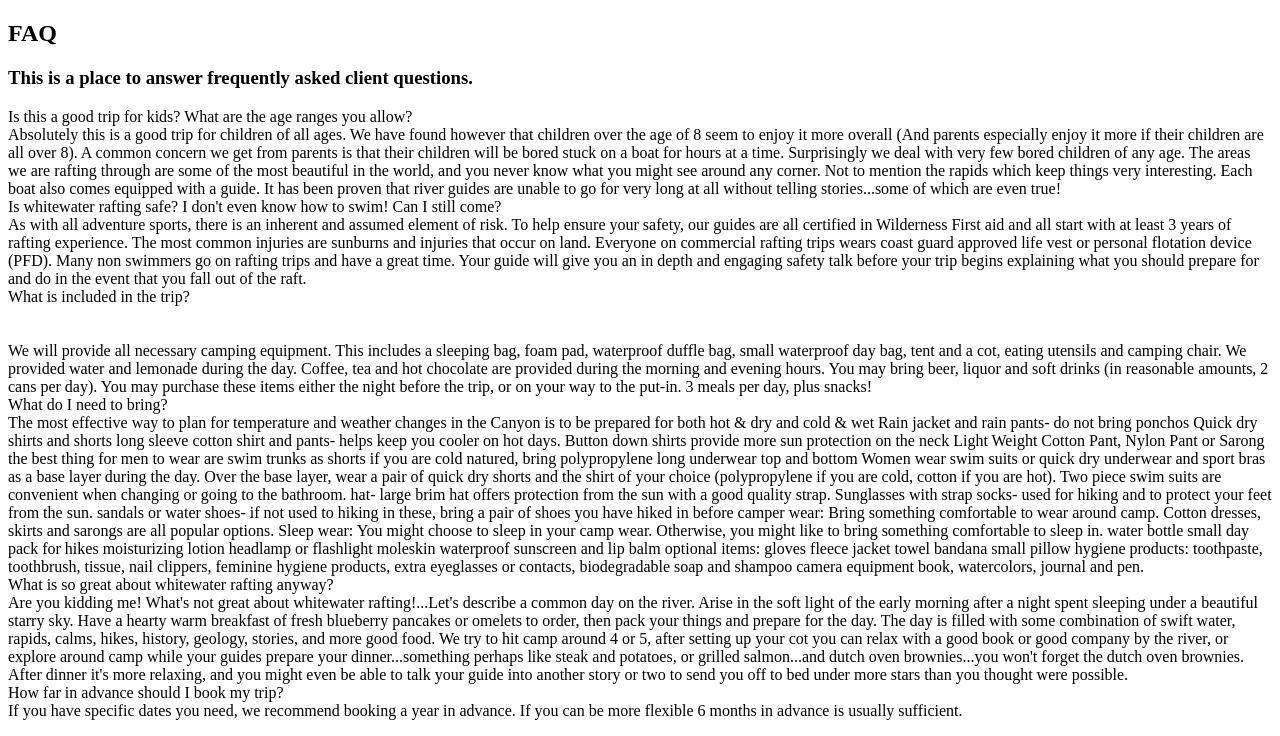
Repository: nak97/WDD-130
Page: wrr/faq.html
An editor plug-in stored every save of this project. The page is shown before and after the next save, followed by the edit.
The browser window is 1280 px wide. The pictures show the whole page.

Above is the page before, as saved 2023-03-08 09:53:35.

### wrr/faq.html
<!DOCTYPE html>

<html>
  <head>
    <meta charset="utf-8">
    <meta http-equiv="X-UA-Compatible" content="IE=edge">
    <title>FAQ</title>
    <meta name="description" content="">
    <meta name="viewport" content="width=device-width, initial-scale=1">
    <link rel="stylesheet" href="./styles/faq.css">
  </head>
  <body>
<h2>
  FAQ
</h2>
<h3> This is a place to answer frequently asked client questions.</h3>


<p>

Is this a good trip for kids? What are the age ranges you allow? <br>



Absolutely this is a good trip for children of all ages. We have found however that children over the age of 8 seem to enjoy it more overall (And parents especially enjoy it more if their children are all over 8). A common concern we get from parents is that their children will be bored stuck on a boat for hours at a time. Surprisingly we deal with very few bored children of any age. The areas we are rafting through are some of the most beautiful in the world, and you never know what you might see around any corner. Not to mention the rapids which keep things very interesting. Each boat also comes equipped with a guide. It has been proven that river guides are unable to go for very long at all without telling stories...some of which are even true! <br>

Is whitewater rafting safe? I don't even know how to swim! Can I still come? <br>
As with all adventure sports, there is an inherent and assumed element of risk. To help ensure your safety, our guides are all certified in Wilderness First aid and all start with at least 3 years of rafting experience. The most common injuries are sunburns and injuries that occur on land.
Everyone on commercial rafting trips wears coast guard approved life vest or personal flotation device (PFD). Many non swimmers go on rafting trips and have a great time. Your guide will give you an in depth and engaging safety talk before your trip begins explaining what you should prepare for and do in the event that you fall out of the raft. <br>

What is included in the trip?  <br><br><br>
We will provide all necessary camping equipment. This includes a sleeping bag, foam pad, waterproof duffle bag, small waterproof day bag, tent and a cot, eating utensils and camping chair.
We provided water and lemonade during the day. Coffee, tea and hot chocolate are provided during the morning and evening hours. You may bring beer, liquor and soft drinks (in reasonable amounts, 2 cans per day). You may purchase these items either the night before the trip, or on your way to the put-in. 3 meals per day, plus snacks! <br>
What do I need to bring? <br>
The most effective way to plan for temperature and weather changes in the Canyon is to be prepared for both hot & dry and cold & wet Rain jacket and rain pants- do not bring ponchos Quick dry shirts and shorts long sleeve cotton shirt and pants- helps keep you cooler on hot days. Button down shirts provide more sun protection on the neck Light Weight Cotton Pant, Nylon Pant or Sarong the best thing for men to wear are swim trunks as shorts if you are cold natured, bring polypropylene long underwear top and bottom Women wear swim suits or quick dry underwear and sport bras as a base layer during the day. Over the base layer, wear a pair of quick dry shorts and the shirt of your choice (polypropylene if you are cold, cotton if you are hot). Two piece swim suits are convenient when changing or going to the bathroom. hat- large brim hat offers protection from the sun with a good quality strap. Sunglasses with strap socks- used for hiking and to protect your feet from the sun. sandals or water shoes- if not used to hiking in these, bring a pair of shoes you have hiked in before camper wear: Bring something comfortable to wear around camp. Cotton dresses, skirts and sarongs are all popular options. Sleep wear: You might choose to sleep in your camp wear. Otherwise, you might like to bring something comfortable to sleep in. water bottle small day pack for hikes moisturizing lotion headlamp or flashlight moleskin waterproof sunscreen and lip balm optional items: gloves fleece jacket towel bandana small pillow hygiene products: toothpaste, toothbrush, tissue, nail clippers, feminine hygiene products, extra eyeglasses or contacts, biodegradable soap and shampoo camera equipment book, watercolors, journal and pen. <br>
What is so great about whitewater rafting anyway? <br>
Are you kidding me! What's not great about whitewater rafting!...Let's describe a common day on the river.
Arise in the soft light of the early morning after a night spent sleeping under a beautiful starry sky. Have a hearty warm breakfast of fresh blueberry pancakes or omelets to order, then pack your things and prepare for the day. The day is filled with some combination of swift water, rapids, calms, hikes, history, geology, stories, and more good food. We try to hit camp around 4 or 5, after setting up your cot you can relax with a good book or good company by the river, or explore around camp while your guides prepare your dinner...something perhaps like steak and potatoes, or grilled salmon...and dutch oven brownies...you won't forget the dutch oven brownies. After dinner it's more relaxing, and you might even be able to talk your guide into another story or two to send you off to bed under more stars than you thought were possible. <br>
How far in advance should I book my trip? <br>
If you have specific dates you need, we recommend booking a year in advance. If you can be more flexible 6 months in advance is usually sufficient.
</p>






  </body>
</html>

Loaded but not shown: wrr/styles/faq.css (no stored copy; drawn as an empty file)

After the next save:
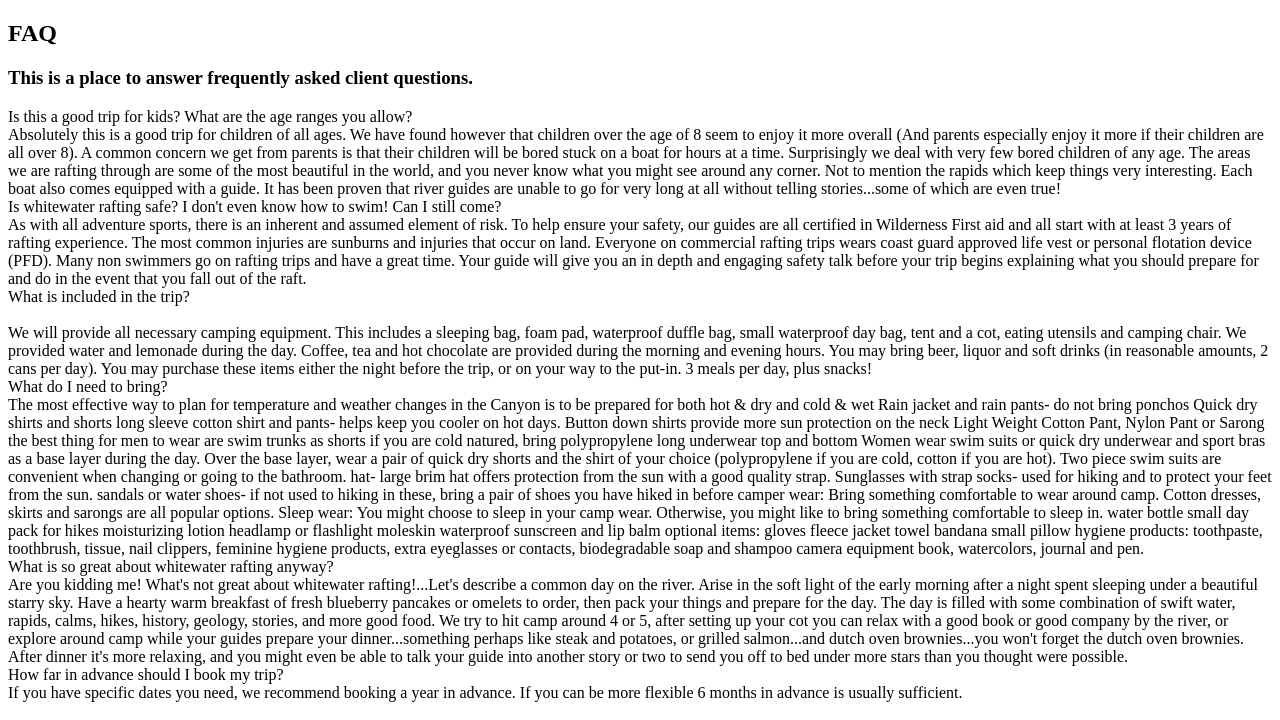
Saved 8 s later.
--- a/wrr/faq.html
+++ b/wrr/faq.html
@@ -28,7 +28,7 @@
 As with all adventure sports, there is an inherent and assumed element of risk. To help ensure your safety, our guides are all certified in Wilderness First aid and all start with at least 3 years of rafting experience. The most common injuries are sunburns and injuries that occur on land.
 Everyone on commercial rafting trips wears coast guard approved life vest or personal flotation device (PFD). Many non swimmers go on rafting trips and have a great time. Your guide will give you an in depth and engaging safety talk before your trip begins explaining what you should prepare for and do in the event that you fall out of the raft. <br>
 
-What is included in the trip?  <br><br><br>
+What is included in the trip?  <br><br>
 We will provide all necessary camping equipment. This includes a sleeping bag, foam pad, waterproof duffle bag, small waterproof day bag, tent and a cot, eating utensils and camping chair.
 We provided water and lemonade during the day. Coffee, tea and hot chocolate are provided during the morning and evening hours. You may bring beer, liquor and soft drinks (in reasonable amounts, 2 cans per day). You may purchase these items either the night before the trip, or on your way to the put-in. 3 meals per day, plus snacks! <br>
 What do I need to bring? <br>
